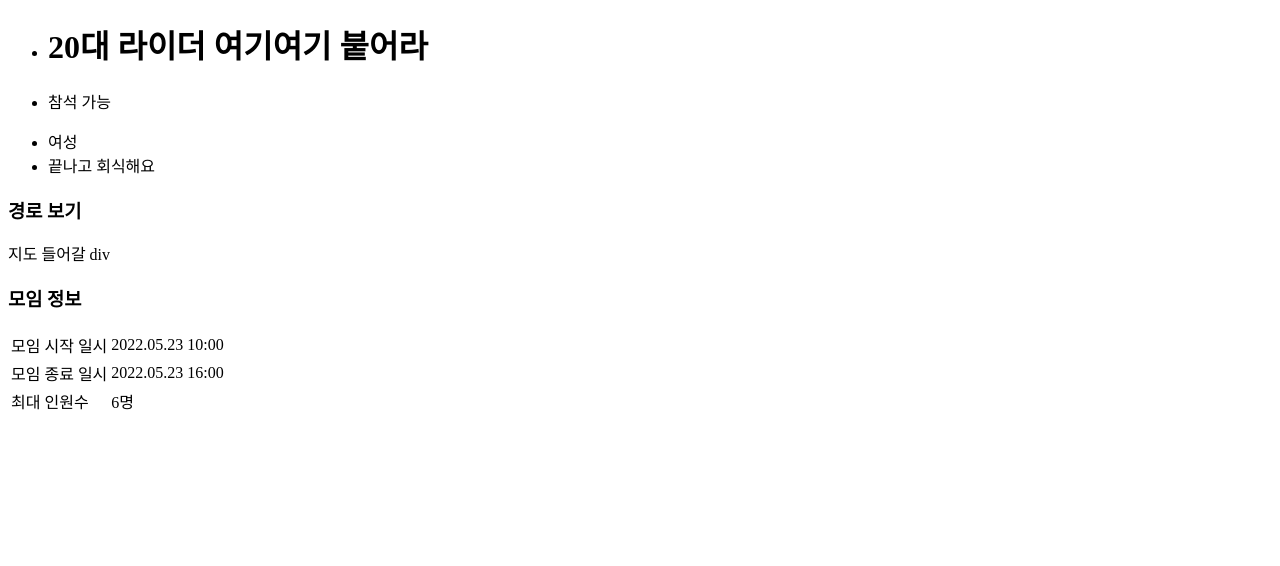
Repository: onpul/TEAM1
Page: http://localhost/Riding/mj/RidingDetail.jsp
An editor plug-in stored every save of this project. The page is shown before and after the next save, followed by the edit.
The browser window is 1280 px wide. The pictures show the whole page.
The page is served by Tomcat 9.

Above is the page before, as saved 2022-06-04 10:55:46.

After the next save:
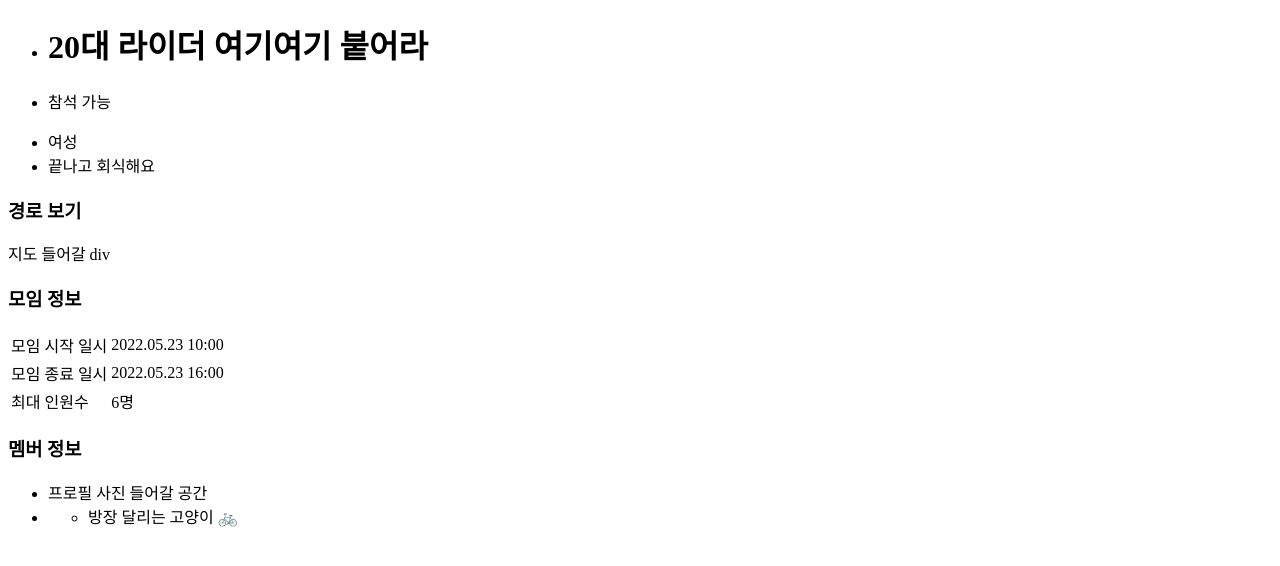
Saved 3 min 15 s later.
--- a/Riding/WebContent/mj/RidingDetail.jsp
+++ b/Riding/WebContent/mj/RidingDetail.jsp
@@ -42,6 +42,20 @@
 			</tr>
 		</table>
 	</div>
+
+	<div>
+		<h3>멤버 정보</h3>
+		<div>
+			<ul>
+				<li>프로필 사진 들어갈 공간</li>
+				<li>
+					<ul>
+						<li>방장 달리는 고양이 🚲</li>
+					</ul>
+				</li>
+			</ul>
+		</div>
+	</div>
 </div>
 </body>
 </html>
